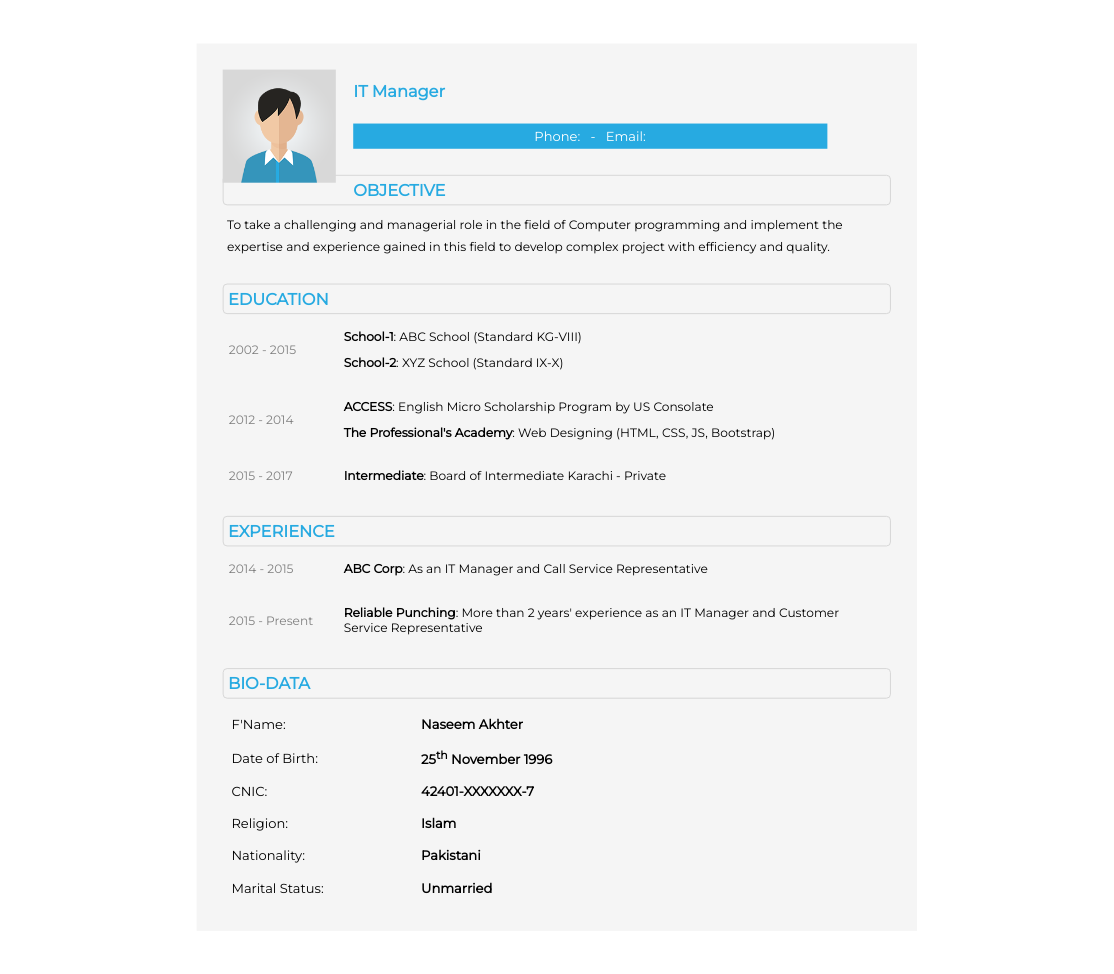
Repository: voductien94798/cv_project
Page: http://localhost/
These files come from the project's save history. The page is drawn as it stood at one moment and after the next save; the edit follows.
The browser window is 1280 px wide. The pictures show the whole page, at 87% of full size.
The page is served by the project's Node server (app.js). Queries for data that is not in the repository find no rows.

Above is the page before, as saved 2023-03-10 15:59:14.

After the next save:
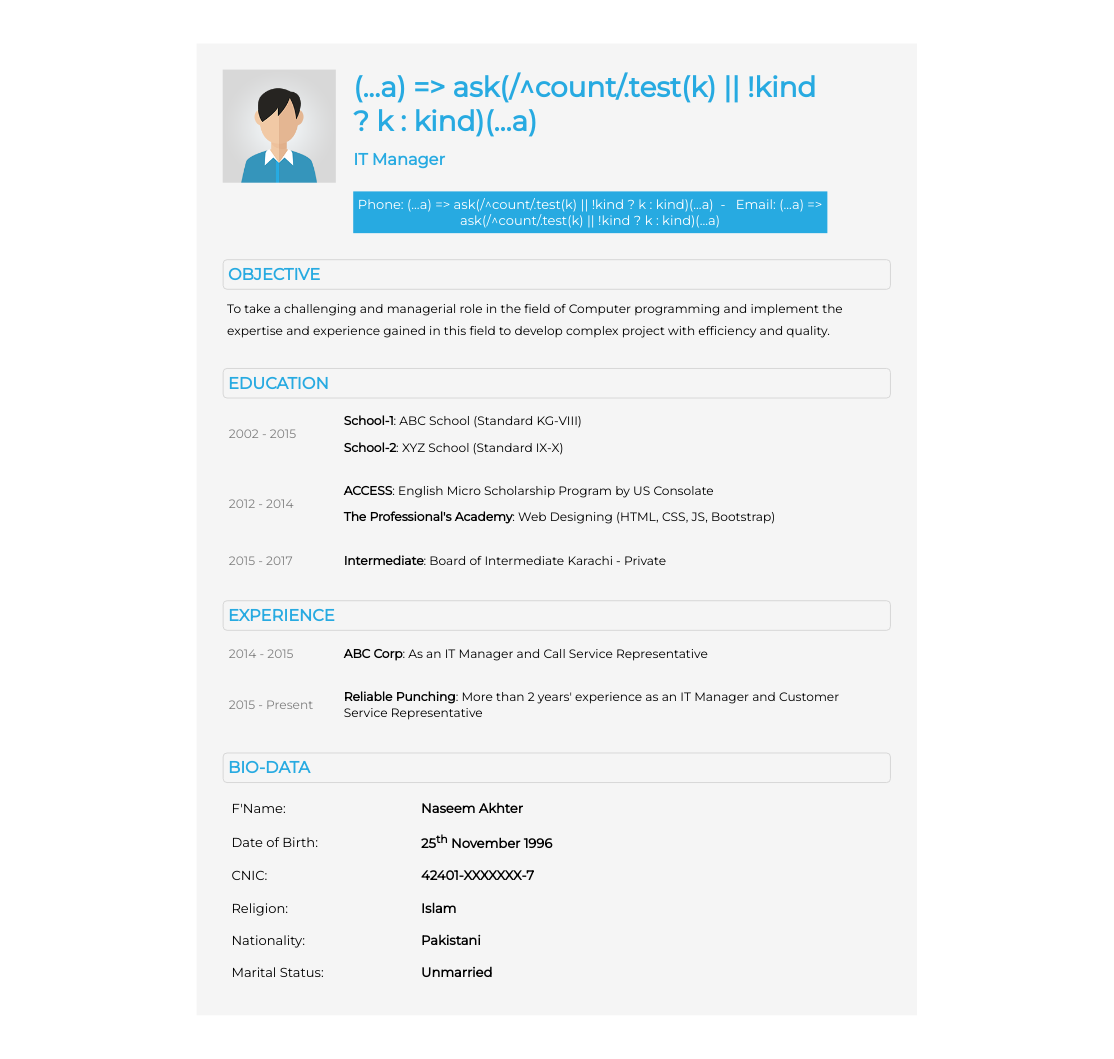
Saved 10 min 37 s later.
--- a/routes/index.js
+++ b/routes/index.js
@@ -2,8 +2,8 @@ var express = require("express");
 var router = express.Router();
 const User = require("../model/User");
 /* GET home page. */
-router.get("/", async function (req, res, next) {
-  const user = await User.find();
+router.get("/", function (req, res, next) {
+  const user = User.find();
   res.render("index", { user: user });
 });
 
